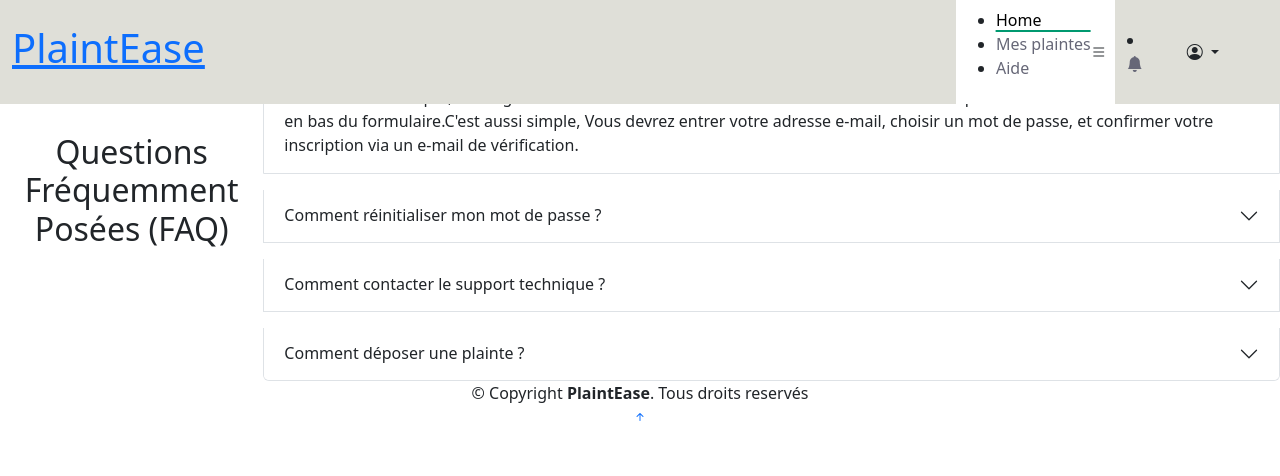
Repository: Senare1/PlaintEasy
Page: complaints/templates/complaints/aide.html
An editor plug-in stored every save of this project. The page is shown before and after the next save, followed by the edit.
The browser window is 1280 px wide. The pictures show the whole page.
Some web libraries are served in a nearby version. The template is drawn by Django 4.2. The application's start-up code is not run. Other server files are loaded and not shown. The template is opened directly, without the code that normally fills it, so the values that code supplies are empty.

Above is the page before, as saved 2024-08-11 05:56:21.
Console error: ReferenceError: Swiper is not defined

### complaints/templates/complaints/aide.html
{% load static %}
<!DOCTYPE html>
<html lang="en">

<head>
  <meta charset="utf-8">
  <meta content="width=device-width, initial-scale=1.0" name="viewport">

  <title>Page d'accueil</title>

  <!-- Vendor CSS Files -->

  <link href="https://cdn.jsdelivr.net/npm/bootstrap@5.3.3/dist/css/bootstrap.min.css" rel="stylesheet" integrity="sha384-QWTKZyjpPEjISv5WaRU9OFeRpok6YctnYmDr5pNlyT2bRjXh0JMhjY6hW+ALEwIH" crossorigin="anonymous">
  <link href="https://cdnjs.cloudflare.com/ajax/libs/font-awesome/6.1.1/css/all.min.css" rel="stylesheet">
  <link rel="stylesheet" href="https://cdnjs.cloudflare.com/ajax/libs/bootstrap-icons/1.10.0/font/bootstrap-icons.min.css">
  <link rel="stylesheet" href="https://cdnjs.cloudflare.com/ajax/libs/font-awesome/5.15.3/css/all.min.css" />


  <!-- Template Main CSS File -->
  <link href="{% static 'complaints/css/style.css' %}" rel="stylesheet">

</head>

<body>

  <!-- ======= Header ======= -->
  <header id="header" class="fixed-top d-flex align-items-center " style="background-color:rgb(223, 223, 216);">
    <div class="container d-flex align-items-center justify-content-between ">

      <div class="logo">
        <h1><a href="{% url 'home' %}">PlaintEase</a></h1>
        <!-- Uncomment below if you prefer to use an image logo -->
        <!-- <a href="index.html"><img src="assets/img/logo.png" alt="" class="img-fluid"></a>-->
      </div>

      <nav id="navbar" class="navbar">
        <ul>
          <li><a class="nav-link scrollto active" href="{% url 'home' %}">Home</a></li>
          <li><a class="nav-link scrollto" href="{% url 'my_plaints' %}">Mes plaintes</a></li>
          <li><a class="nav-link scrollto" href="{% url 'help' %}">Aide</a></li>
        </ul>
        <i class="bi bi-list mobile-nav-toggle"></i>
      </nav><!-- .navbar -->
    </div>
    <li class="nav-item notification-icon">
      <a class="nav-link" href="#">
          <i class="bi bi-bell-fill "></i>
          <span class="badge">{{ number }}</span>
      </a>
    </li>
  <div class="dropdown me-5 ms-4">

    <button class="btn  dropdown-toggle " type="button" data-bs-toggle="dropdown" aria-expanded="false">
      <i class="bi bi-person-circle "></i>
    </button>
    <ul class="dropdown-menu">
      <li><a class="dropdown-item text-danger" href="{% url 'logout' %}"><i class="fas fa-power-off px-1"></i>Logout</a></li>
    </ul>
  </div>
  </header><!-- End Header -->

  <!-- ======= Hero Section ======= -->
  <section id="hero" class="d-flex align-items-center">
      <h2 class="my-2 text-center">Questions Fréquemment Posées (FAQ)</h2>
      <div class="accordion" id="faqAccordion">
        <!-- Question 1 -->
        <div class="accordion-item mt-3">
          <h2 class="accordion-header" id="headingOne">
            <button class="accordion-button" type="button" data-bs-toggle="collapse" data-bs-target="#collapseOne" aria-expanded="true" aria-controls="collapseOne">
              Comment puis-je créer un compte ?
            </button>
          </h2>
          <div id="collapseOne" class="accordion-collapse collapse show" aria-labelledby="headingOne" data-bs-parent="#faqAccordion">
            <div class="accordion-body">
              Pour créer un compte, renseigner vos informations dans le formulairede creation ' l'acceui puis valider avec le bouton S'inscrire en bas du formulaire.C'est aussi simple, Vous devrez entrer votre adresse e-mail, choisir un mot de passe, et confirmer votre inscription via un e-mail de vérification.
            </div>
          </div>
        </div>

        <!-- Question 2 -->
        <div class="accordion-item mt-3">
          <h2 class="accordion-header" id="headingTwo">
            <button class="accordion-button collapsed" type="button" data-bs-toggle="collapse" data-bs-target="#collapseTwo" aria-expanded="false" aria-controls="collapseTwo">
              Comment réinitialiser mon mot de passe ?
            </button>
          </h2>
          <div id="collapseTwo" class="accordion-collapse collapse" aria-labelledby="headingTwo" data-bs-parent="#faqAccordion">
            <div class="accordion-body">
              Pour réinitialiser votre mot de passe, cliquez sur "Mot de passe oublié ?" sur la page de connexion. Suivez les instructions pour recevoir un e-mail avec un lien de réinitialisation.
            </div>
          </div>
        </div>

        <!-- Question 3 -->
        <div class="accordion-item mt-3">
          <h2 class="accordion-header" id="headingThree">
            <button class="accordion-button collapsed" type="button" data-bs-toggle="collapse" data-bs-target="#collapseThree" aria-expanded="false" aria-controls="collapseThree">
              Comment contacter le support technique ?
            </button>
          </h2>
          <div id="collapseThree" class="accordion-collapse collapse" aria-labelledby="headingThree" data-bs-parent="#faqAccordion">
            <div class="accordion-body">
              Vous pouvez contacter notre support technique en utilisant le formulaire de contact disponible dans la section "Contactez-nous" de notre site en bas de cette page.
            </div>
          </div>
        </div>

        <!-- Question 4 -->
        <div class="accordion-item mt-3">
          <h2 class="accordion-header" id="headingFour">
            <button class="accordion-button collapsed" type="button" data-bs-toggle="collapse" data-bs-target="#collapseFour" aria-expanded="false" aria-controls="collapseFour">
              Comment déposer une plainte ?
            </button>
          </h2>
          <div id="collapseFour" class="accordion-collapse collapse" aria-labelledby="headingFour" data-bs-parent="#faqAccordion">
            <div class="accordion-body">
              <p>Pour déposer une plainte, veuillez suivre ces étapes :</p>
              <ol>
                <li><strong>Remplir le Formulaire :</strong> Accédez au formulaire de dépôt de plainte sur notre plateforme.</li>
                <li><strong>Décrire le Problème :</strong> Détaillez la situation ou le problème rencontré en fournissant toutes les informations nécessaires.</li>
                <li><strong>Soumettre :</strong> Envoyez le formulaire. Vous recevrez une confirmation de réception par e-mail.</li>
                <li><strong>Suivi :</strong> Notre équipe examinera votre plainte et vous contactera si nécessaire pour des informations complémentaires.</li>
              </ol>
              <p>Nous nous engageons à traiter toutes les plaintes avec sérieux et à vous fournir une réponse rapide.</p>
            </div>
          </div>
        </div>
      </div>
  </section><!-- End Hero -->


  <!-- ======= Footer ======= -->
  <footer id="footer " class=" ">
    <div class="container">
      <div class="row d-flex align-items-center">
        <div class="col-lg-12 text-lg-left text-center">
          <div class="copyright">
            &copy; Copyright <strong>PlaintEase</strong>. Tous droits reservés
          </div>
        </div>

      </div>
    </div>
  </footer><!-- End Footer -->

  <a href="#" class="back-to-top d-flex align-items-center justify-content-center"><i
      class="bi bi-arrow-up-short"></i></a>

  <!-- Vendor JS Files -->
  <script src="https://cdn.jsdelivr.net/npm/bootstrap@5.3.3/dist/js/bootstrap.bundle.min.js" integrity="sha384-YvpcrYf0tY3lHB60NNkmXc5s9fDVZLESaAA55NDzOxhy9GkcIdslK1eN7N6jIeHz" crossorigin="anonymous"></script>
  <!-- Template Main JS File -->
  <script src="{% static 'complaints/js/main.js' %}"></script>

</body>
</html>

### complaints/static/complaints/css/style.css
.navbar{
    background-color: #fff;
    /*height: 80px;*/
    font-size: 16px;
    /*margin: 20px;
    border-radius: 40px;*/
    padding: 0.5rem;
}


.navbar-brand{
    color: #009970;
    font-weight: 500;
    font-size: 24px;
    transition: 0.3s color;
}
.logout-button{
    background-color: #990000;
    font-size: 14px;
    color: #fff;
    padding: 8px 20px;
    border-radius: 50px;
    text-decoration: none;
    transition: 0.3s background-color;
}

.logout-button:hover{
    background-color: #990000;
}

.navbar-toggler{
    border: none;
    font-size: 1.25rem;
}
.navbar-toggler:focus,.btn-close:focus{
    box-shadow: none;
    outline: none;
}

.nav-link{
    color: #666777;
    font-weight: 500;
    position: relative;
}

.nav-link:hover,.nav-link.active{
    color: #000;
}
@media(min-width:991px){
    .nav-link::before{
        content: "";
        position: absolute;
        bottom: 0;
        left: 50%;
        transform: translateX(-50%);
        width: 0;
        height: 2px;
        background-color: #009970;
        visibility: hidden;
        transition: 0.3s ease-in-out;
    }

    .nav-link:hover::before,.nav-link.nav-link.active::before{
        width: 100%;
        visibility: visible;
    }
}

.hero-section{
    background : url(../image/law.jpeg) no-repeat center;
    background-size: cover;
    width: 100%;
    height: 100vh;
    padding-top: 50px;
}

/* Contrôle de la barre de recherche*/
.search-form {
    border-radius: .10rem;
    padding: 0.3rem;
}
.search-input {
    border: none;
    box-shadow: none;
}
.search-input:focus {
    border: none;
    box-shadow: none;
    outline: none;
}
.search-button {
    border: none;
    box-shadow: none;
}
.search-button:focus {
    outline: none;
}

/* End footer*/

/* Start footer*/

.footer {
    background-color: #f8f9fa;
    padding: 2rem 0;
    border-top: 1px solid #e9ecef;
}
.footer a {
    color: #6c757d;
    text-decoration: none;
}
.footer a:hover {
    text-decoration: underline;
}
.social-icons a {
    margin: 0 0.5rem;
    color: #6c757d;
}
.social-icons a:hover {
    color: #495057;
}


/* End footer*/

### complaints/static/complaints/js/main.js
/**
* Template Name: Vesperr - v4.10.0
* Template URL: https://bootstrapmade.com/vesperr-free-bootstrap-template/
* Author: BootstrapMade.com
* License: https://bootstrapmade.com/license/
*/
(function() {
  "use strict";

  /**
   * Easy selector helper function
   */
  const select = (el, all = false) => {
    el = el.trim()
    if (all) {
      return [...document.querySelectorAll(el)]
    } else {
      return document.querySelector(el)
    }
  }

  /**
   * Easy event listener function
   */
  const on = (type, el, listener, all = false) => {
    let selectEl = select(el, all)
    if (selectEl) {
      if (all) {
        selectEl.forEach(e => e.addEventListener(type, listener))
      } else {
        selectEl.addEventListener(type, listener)
      }
    }
  }

  /**
   * Easy on scroll event listener
   */
  const onscroll = (el, listener) => {
    el.addEventListener('scroll', listener)
  }

  /**
   * Navbar links active state on scroll
   */
  let navbarlinks = select('#navbar .scrollto', true)
  const navbarlinksActive = () => {
    let position = window.scrollY + 200
    navbarlinks.forEach(navbarlink => {
      if (!navbarlink.hash) return
      let section = select(navbarlink.hash)
      if (!section) return
      if (position >= section.offsetTop && position <= (section.offsetTop + section.offsetHeight)) {
        navbarlink.classList.add('active')
      } else {
        navbarlink.classList.remove('active')
      }
    })
  }
  window.addEventListener('load', navbarlinksActive)
  onscroll(document, navbarlinksActive)

  /**
   * Scrolls to an element with header offset
   */
  const scrollto = (el) => {
    let header = select('#header')
    let offset = header.offsetHeight

    if (!header.classList.contains('header-scrolled')) {
      offset -= 20
    }

    let elementPos = select(el).offsetTop
    window.scrollTo({
      top: elementPos - offset,
      behavior: 'smooth'
    })
  }

  /**
   * Toggle .header-scrolled class to #header when page is scrolled
   */
  let selectHeader = select('#header')
  if (selectHeader) {
    const headerScrolled = () => {
      if (window.scrollY > 100) {
        selectHeader.classList.add('header-scrolled')
      } else {
        selectHeader.classList.remove('header-scrolled')
      }
    }
    window.addEventListener('load', headerScrolled)
    onscroll(document, headerScrolled)
  }

  /**
   * Back to top button
   */
  let backtotop = select('.back-to-top')
  if (backtotop) {
    const toggleBacktotop = () => {
      if (window.scrollY > 100) {
        backtotop.classList.add('active')
      } else {
        backtotop.classList.remove('active')
      }
    }
    window.addEventListener('load', toggleBacktotop)
    onscroll(document, toggleBacktotop)
  }

  /**
   * Mobile nav toggle
   */
  on('click', '.mobile-nav-toggle', function(e) {
    select('#navbar').classList.toggle('navbar-mobile')
    this.classList.toggle('bi-list')
    this.classList.toggle('bi-x')
  })

  /**
   * Mobile nav dropdowns activate
   */
  on('click', '.navbar .dropdown > a', function(e) {
    if (select('#navbar').classList.contains('navbar-mobile')) {
      e.preventDefault()
      this.nextElementSibling.classList.toggle('dropdown-active')
    }
  }, true)

  /**
   * Scrool with ofset on links with a class name .scrollto
   */
  on('click', '.scrollto', function(e) {
    if (select(this.hash)) {
      e.preventDefault()

      let navbar = select('#navbar')
      if (navbar.classList.contains('navbar-mobile')) {
        navbar.classList.remove('navbar-mobile')
        let navbarToggle = select('.mobile-nav-toggle')
        navbarToggle.classList.toggle('bi-list')
        navbarToggle.classList.toggle('bi-x')
      }
      scrollto(this.hash)
    }
  }, true)

  /**
   * Scroll with ofset on page load with hash links in the url
   */
  window.addEventListener('load', () => {
    if (window.location.hash) {
      if (select(window.location.hash)) {
        scrollto(window.location.hash)
      }
    }
  });

  /**
   * Testimonials slider
   */
  new Swiper('.testimonials-slider', {
    speed: 600,
    loop: true,
    autoplay: {
      delay: 5000,
      disableOnInteraction: false
    },
    slidesPerView: 'auto',
    pagination: {
      el: '.swiper-pagination',
      type: 'bullets',
      clickable: true
    },
    breakpoints: {
      320: {
        slidesPerView: 1,
        spaceBetween: 20
      },

      1200: {
        slidesPerView: 2,
        spaceBetween: 20
      }
    }
  });

  /**
   * Porfolio isotope and filter
   */
  window.addEventListener('load', () => {
    let portfolioContainer = select('.portfolio-container');
    if (portfolioContainer) {
      let portfolioIsotope = new Isotope(portfolioContainer, {
        itemSelector: '.portfolio-item',
        layoutMode: 'fitRows'
      });

      let portfolioFilters = select('#portfolio-flters li', true);

      on('click', '#portfolio-flters li', function(e) {
        e.preventDefault();
        portfolioFilters.forEach(function(el) {
          el.classList.remove('filter-active');
        });
        this.classList.add('filter-active');

        portfolioIsotope.arrange({
          filter: this.getAttribute('data-filter')
        });
        portfolioIsotope.on('arrangeComplete', function() {
          AOS.refresh()
        });
      }, true);
    }

  });

  /**
   * Initiate portfolio lightbox
   */
  const portfolioLightbox = GLightbox({
    selector: '.portfolio-lightbox'
  });

  /**
   * Portfolio details slider
   */
  new Swiper('.portfolio-details-slider', {
    speed: 400,
    loop: true,
    autoplay: {
      delay: 5000,
      disableOnInteraction: false
    },
    pagination: {
      el: '.swiper-pagination',
      type: 'bullets',
      clickable: true
    }
  });

  /**
   * Animation on scroll
   */
  window.addEventListener('load', () => {
    AOS.init({
      duration: 1000,
      easing: 'ease-in-out',
      once: true,
      mirror: false
    })
  });

  /**
   * Initiate Pure Counter
   */
  new PureCounter();

})()



// script.js

const carouselItems = document.querySelectorAll('.carousel-item');
let index = 0;

function showImage(index) {
    carouselItems.forEach((item, i) => {
        item.classList.remove('active');
        item.style.animation = ''; // Réinitialise l'animation
        if (i === index) {
            item.classList.add('active');
            item.style.animation = 'fadeIn 1s ease-in-out'; // Animation d'entrée
        }
    });
}

function nextImage() {
    carouselItems[index].style.animation = 'fadeOut 1s ease-in-out'; // Animation de sortie
    index = (index + 1) % carouselItems.length;
    showImage(index);
}

// Initial setup
showImage(index);

// Automatic slide every 3 seconds
setInterval(nextImage, 3000); // Change image every 3 seconds

After the next save:
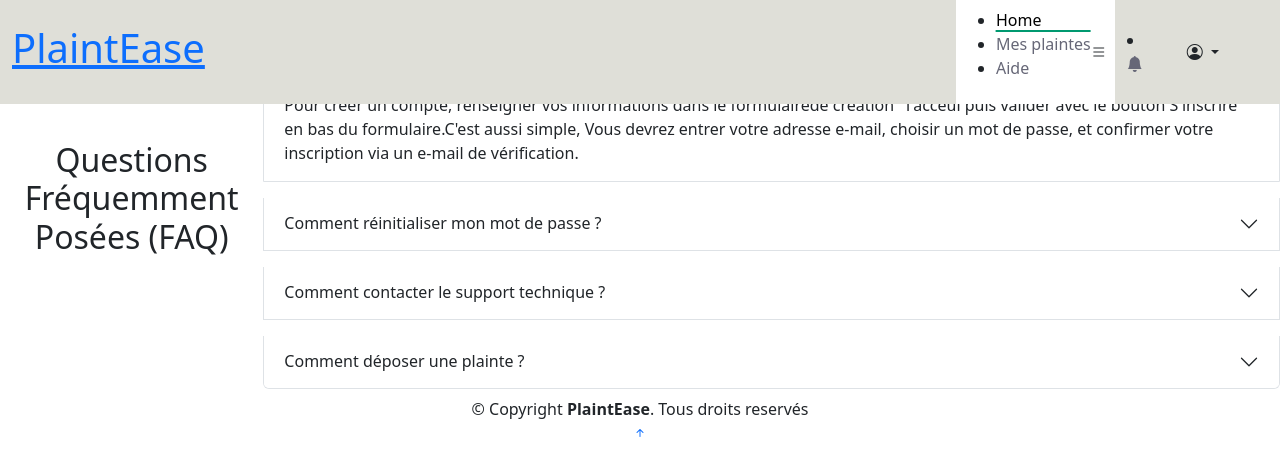
Saved 22 s later.
--- a/complaints/templates/complaints/aide.html
+++ b/complaints/templates/complaints/aide.html
@@ -60,7 +60,7 @@
   </header><!-- End Header -->
 
   <!-- ======= Hero Section ======= -->
-  <section id="hero" class="d-flex align-items-center">
+  <section id="hero" class="d-flex align-items-center my-2">
       <h2 class="my-2 text-center">Questions Fréquemment Posées (FAQ)</h2>
       <div class="accordion" id="faqAccordion">
         <!-- Question 1 -->
